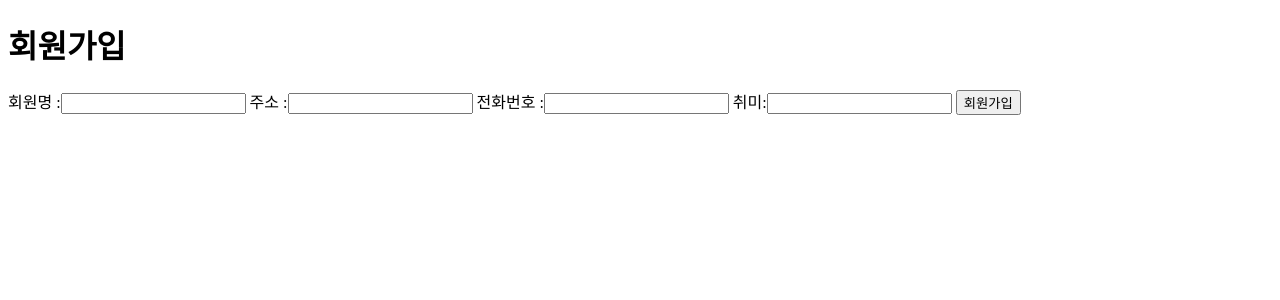
Repository: ssookkdduugg/jsp
Page: http://localhost/Hello/memReg.jsp
An editor plug-in stored every save of this project. The page is shown before and after a run of saves, followed by the edit.
The browser window is 1280 px wide. The pictures show the whole page.
The page is served by Tomcat 9.

Above is the page before, as saved 2023-09-19 05:16:13.

After the next 2 saves:
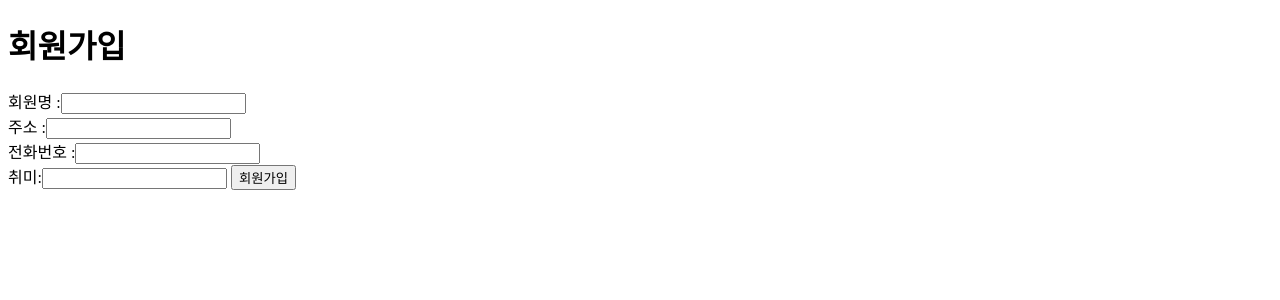
The 2 saves are shown as one change because they came seconds apart.
The last was saved 12 s later.
--- a/Hello/src/main/webapp/memReg.jsp
+++ b/Hello/src/main/webapp/memReg.jsp
@@ -9,9 +9,9 @@
 <body>
 	<h1>회원가입</h1>
 	<form action="./login2" method="post">
-	<tr><th>회원명 :</th><td><input type="text" name="id"></td></tr>
-	<tr><th>주소 :</th><td><input type="text" name="addr"></td></tr>
-	<tr><th>전화번호 :</th><td><input type="text" name="num"></td></tr>
+	<tr><th>회원명 :</th><td><input type="text" name="id"></td></tr><br>
+	<tr><th>주소 :</th><td><input type="text" name="addr"></td></tr><br>
+	<tr><th>전화번호 :</th><td><input type="text" name="num"></td></tr><br>
 	<tr><th>취미:</th><td><input type="text" name="hobby"></td></tr>
 	<tr><td></td><td><input type="submit" value="회원가입"></td></tr>
 </table>
